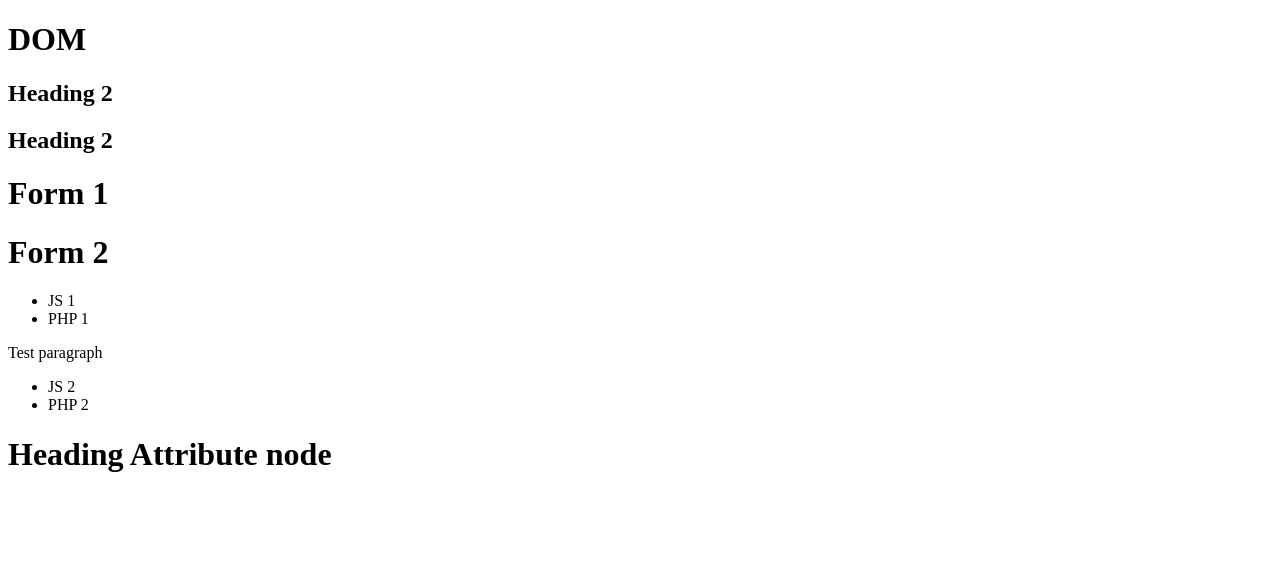
Repository: tannv3201/learn_JS_F8
Page: DOM/index.html
These files come from the project's save history. The page is drawn as it stood at one moment and after the next save; the edit follows.
The browser window is 1280 px wide. The pictures show the whole page.

Above is the page before, as saved 2022-08-06 22:13:38.

### DOM/index.html
<!DOCTYPE html>
<html lang="en">

<head>
  <meta charset="UTF-8" />
  <meta http-equiv="X-UA-Compatible" content="IE=edge" />
  <meta name="viewport" content="width=device-width, initial-scale=1.0" />
  <title>DOM</title>
</head>

<body>
  <h1 id="heading">DOM</h1>
  <h2 class="sub-heading"></h2>
  <h2 class="sub-heading"></h2>
  <h2 class="sub-heading"></h2>
  <p></p>
  <p></p>
  <div class="box">
    <h2 class="heading-2">Heading 2</h2>
    <h2 class="heading-2">Heading 2</h2>
  </div>

  <form action="" id="form1">
    <h1>Form 1</h1>
  </form>
  <form action="" id="form2">
    <h1>Form 2</h1>
  </form>

  <a href="" name="youtube"></a>

  <div class="box-1">
    <ul>
      <li>JS 1</li>
      <li>PHP 1</li>
    </ul>
    <p>Test paragraph</p>
  </div>
  <div class="box-2">
    <ul>
      <li>JS 2</li>
      <li>PHP 2</li>
    </ul>
  </div>

  <div class="box-attr">
    <h1 id="heading-attr" class="heading-attr" title="Heading">
      Heading Attribute node
    </h1>
  </div>


  <script src="./main.js"></script>
</body>

</html>

### DOM/main.js
/**
 * DOM:
  Là quy chuẩn mô tả mô hình của các thành phần trong tài liệu HTML được đưa ra bởi W3C.
 - DOM (Document Object Model) có 3 thành phần:
    1. Element
    2. Attribute
    3. Text
 */

/**
 * DOM API
 Là bộ API nằm trong Web API có mặt trên những môi trường hỗ trợ duyệt web - như trên trình duyệt. DOM API cung cấp các đối tượng và phương thức hỗ trợ truy xuất, chỉnh sửa các đối tượng / thành phần trong DOM.
 */

/**
 * JS cung cấp phương tiện truy xuất HTML DOM
 * JS: Brower | Server (NodeJS)
 * Brower: HTML -> DOM -> DOM API
 * API: Application Programming Interface
 */

/**
 * Document object
 */

// Get element methods
// ID
// var headingNode = document.getElementById('heading')
// console.log(headingNode)

// query selector
var headingNode = document.querySelector('.box .heading-2:nth-child(2)')
console.log('querySelector', headingNode)

var headingNodes = document.querySelectorAll('.heading-2')
console.log('querySelectorAll', headingNodes)
console.log('querySelectorAll[]',headingNodes[0])

// Collection (a, form, images, ...)
console.log('document.forms[\'form1\']',document.forms['form1'])
console.log('document.forms',document.forms)
console.log('document.forms.form2', document.forms.form2)
console.log('document.anchors',document.anchors) // trả về các thẻ a có attribute name=""


// class: lấy ra số nhiều (mảng)
var subHeadingNodes = document.getElementsByClassName('sub-heading')
console.log('getElementsByClassName', subHeadingNodes)

// tag : tương tự như class
var tagName = document.getElementsByTagName('p')
console.log(tagName)


// Ví dụ
var boxNode =
    document.querySelector('.box-1');
// Công việc 1: sử dụng `boxNode`
console.log(boxNode)

// Công việc 2: sử dụng tới các li element là con của `.box-1`
console.log(boxNode.querySelectorAll('li'))
console.log(boxNode.querySelector('p'))

// 1. getElementById: trả về trực tiếp Element
// 2. getElementsByClassName: trả về HTMLCollection (mảng), muốn get Element phải dùng index []
console.log('querySelectorAll[]',headingNodes[0])
// 3. getElementsByTagName: trả về HTMLCollection (mảng)
// 4. querySelector: trả về trực tiếp Element
// 5. querySelectorAll: trả về NodeList
// 6. HTML Collection (form, a, images, ...)
console.log('document.forms',document.forms)
console.log('document.forms[\'form1\']',document.forms['form1'])
console.log('document.forms[O]',document.forms[0])
console.log('document.forms.form2', document.forms.form2)

// 7. document.write: in ra ngay sau khi được thực thi

After the next save:
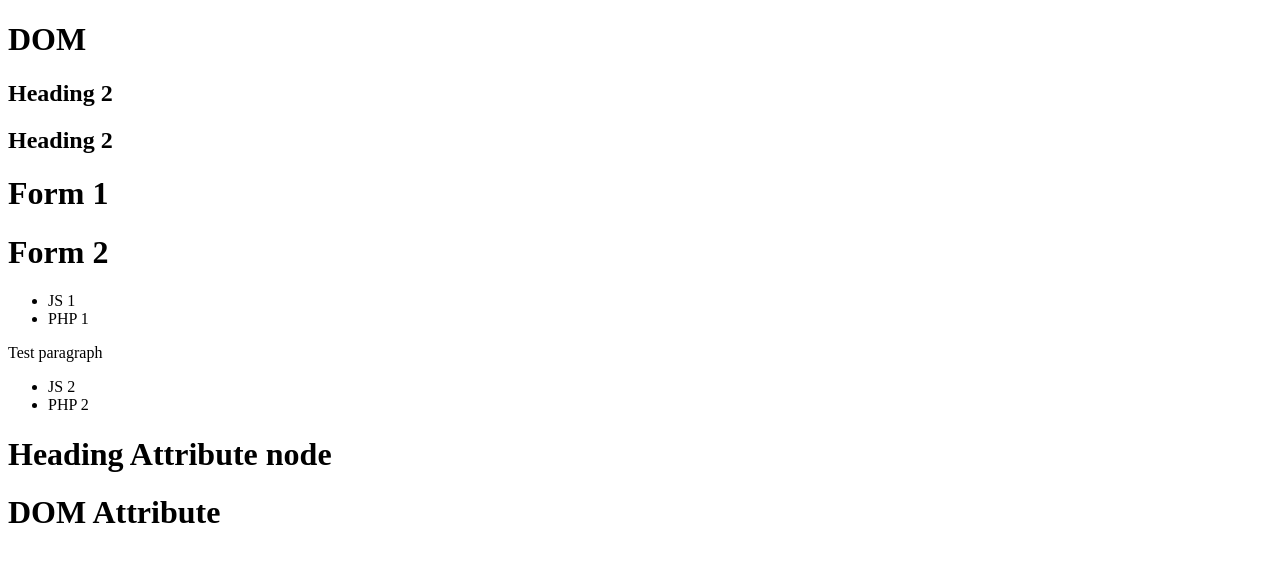
Saved 5 min 40 s later.
--- a/DOM/index.html
+++ b/DOM/index.html
@@ -49,6 +49,9 @@
     </h1>
   </div>
 
+  <h1 id="dom-attr">
+    DOM Attribute
+  </h1>
 
   <script src="./main.js"></script>
 </body>
